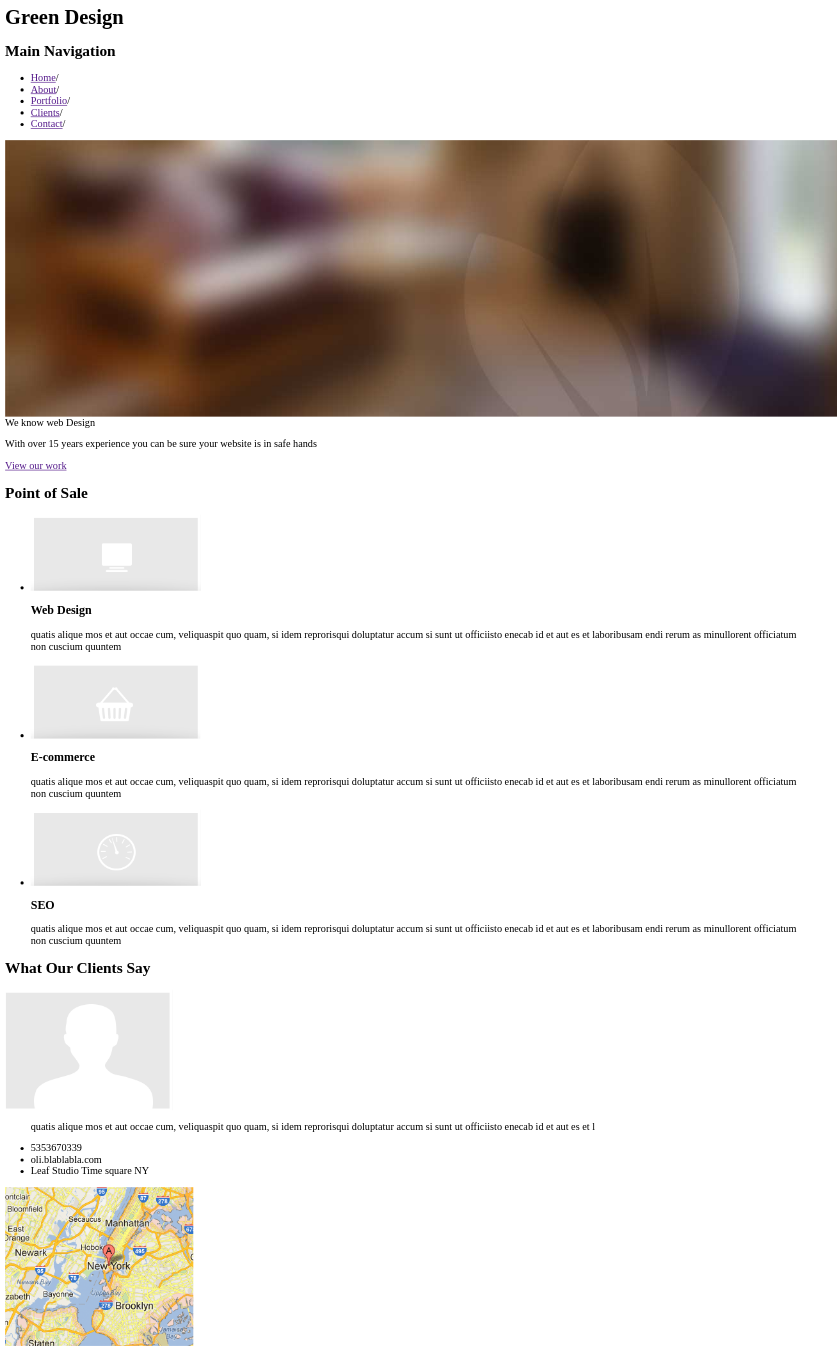
Repository: Piterwk1/psd-to-html
Page: website/index.html
These files come from the project's save history. The page is drawn as it stood at one moment and after the next save; the edit follows.
The browser window is 1280 px wide. The page is 1308 px wide, so the pictures cover 1308 px, including what lies to the right of the window. The pictures show the whole page, at 64% of full size.

Above is the page before, as saved 2021-09-13 20:26:34.

After the next save:
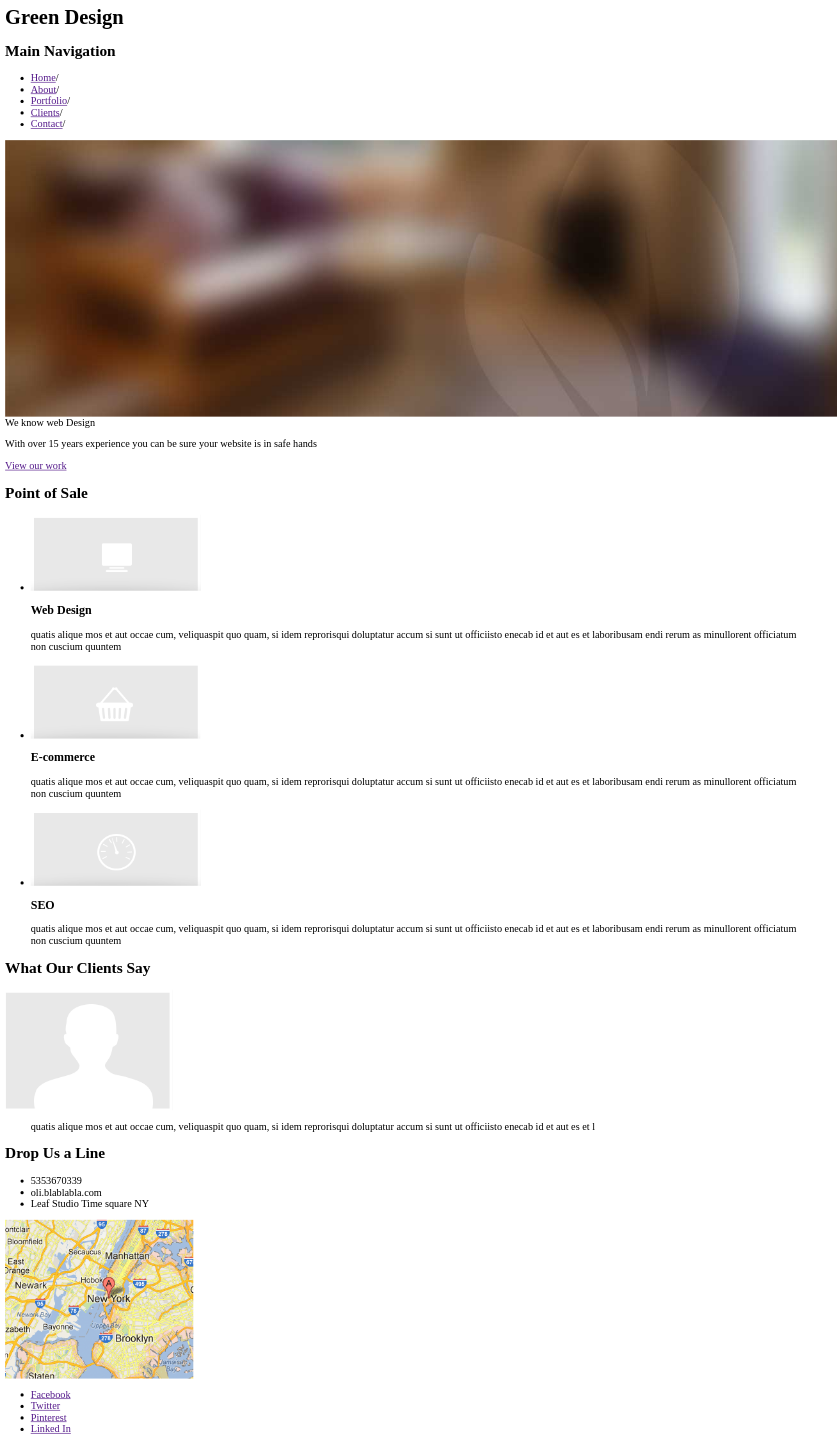
Saved 6 min 16 s later.
--- a/website/index.html
+++ b/website/index.html
@@ -68,7 +68,8 @@
                 si sunt ut officiisto enecab id et aut es et l</blockquote>
         </section>
         <section id="contact">
-            <ul>
+            <h2>Drop Us a Line</h2>
+            <ul id="contact-methods">
                 <li>5353670339</li>
                 <li>oli.blablabla.com</li>
                 <li>
@@ -78,6 +79,12 @@
                 </li>
             </ul>
             <img src="images/map.png" alt="map">
+            <ul id="social-map">
+                <li class="facebook"><a href="">Facebook</a></li>
+                <li class="twitter"><a href="">Twitter</a></li>
+                <li class="pinterest"><a href="">Pinterest</a></li>
+                <li class="linked-in"><a href="">Linked In</a></li>
+            </ul>
         </section>
     </div>
 </body>
